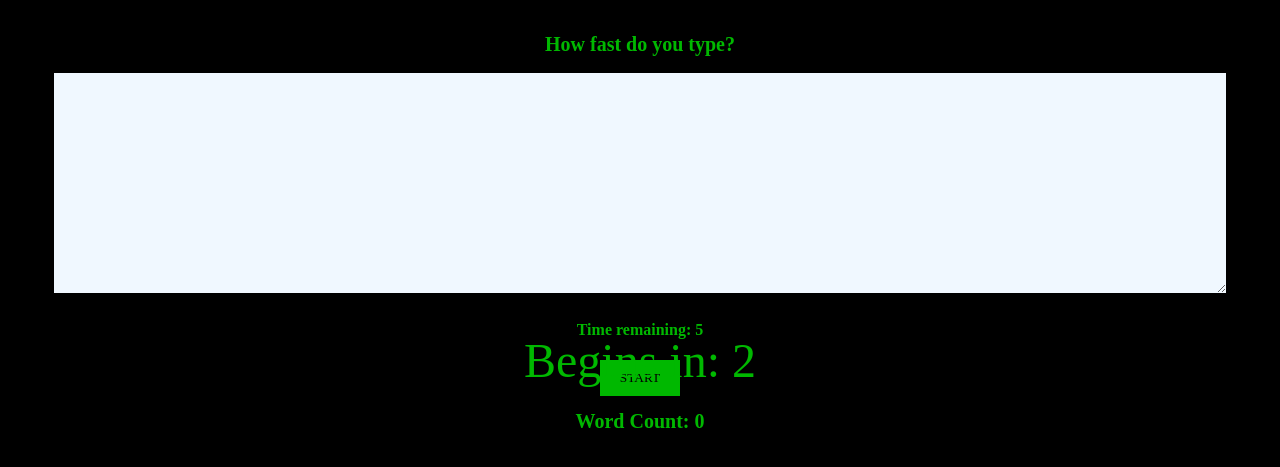
Repository: Lakshyyaa/Speed-Test
Page: /, after clicking the first element matching `button`
These files come from the project's save history. The page is drawn as it stood at one moment and after the next save; the edit follows.
The browser window is 1280 px wide. The pictures show the whole page.
The project was rebuilt for these pictures with package versions that can differ from the ones it lists, and the page was loaded fresh each time. Also part of the build but not shown: src/Logic.js.

Above is the page before, as saved 2023-04-04 23:07:24.

After the next save:
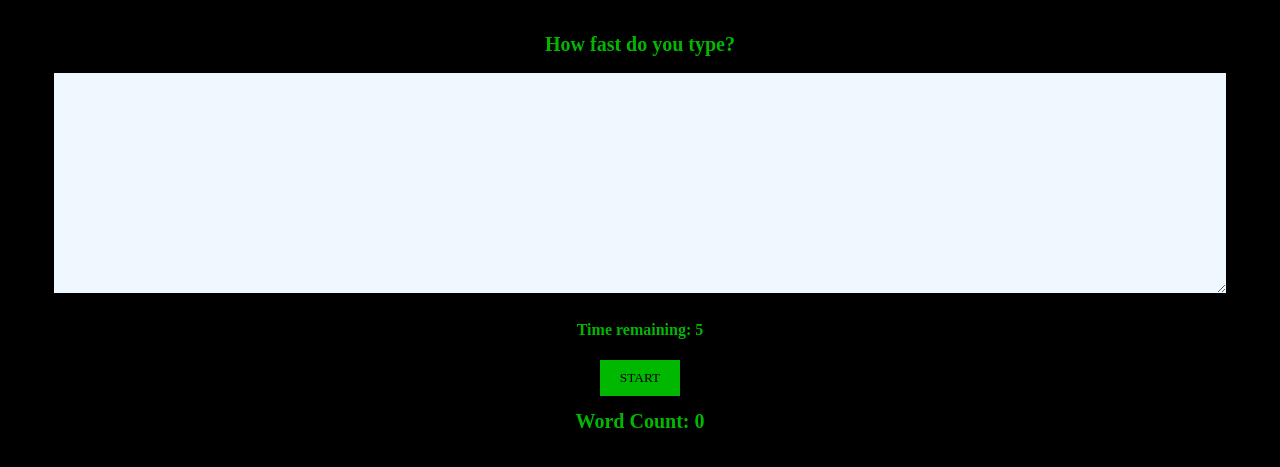
Saved 5 s later.
--- a/src/App.js
+++ b/src/App.js
@@ -9,7 +9,7 @@ function App(props) {
   const maindiv=useRef(null)
   const countdown = () => {
     countdowndiv.current.style.display='block'
-    countdowndiv.current.style.display
+    countdowndiv.current.style.display='none'
     timerLoop(5)
   }
   function timerLoop(i) {
